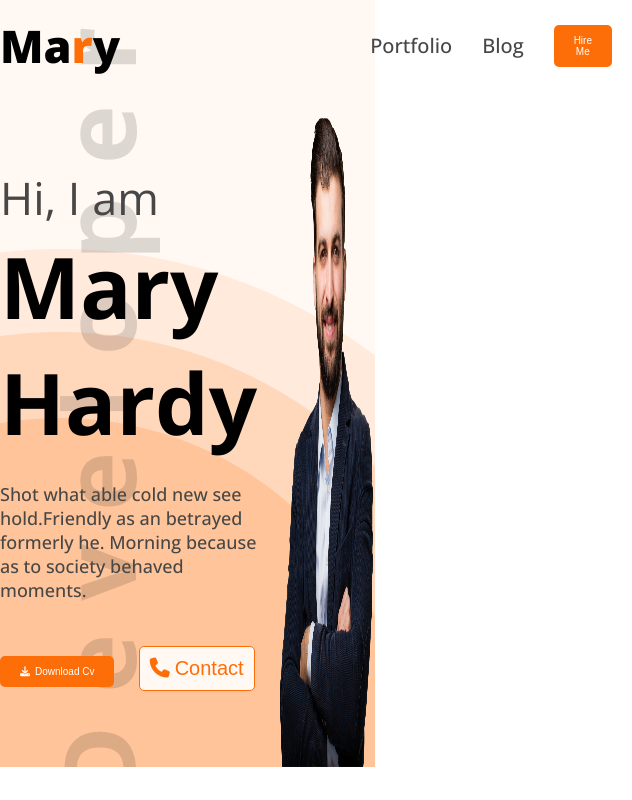
Repository: nahid-hasann/website-1
Page: index.html
These files come from the project's save history. The page is drawn as it stood at one moment and after a run of saves; the edit follows.
The browser window is 375 px wide. The page is 612 px wide, then 632 px, so the pictures cover 632 px, including what lies to the right of the window. The pictures show the whole page.

Above is the page before, as saved 2025-07-16 12:05:46.

### index.html
<!DOCTYPE html>
<html lang="en">
<head>
    <meta charset="UTF-8">
    <meta name="viewport" content="width=device-width, initial-scale=1.0">
    <title>Document</title>
    <link rel="preconnect" href="https://fonts.googleapis.com">
<link rel="preconnect" href="https://fonts.gstatic.com" crossorigin>
<link href="https://fonts.googleapis.com/css2?family=Open+Sans:ital,wght@0,300..800;1,300..800&display=swap" rel="stylesheet">
<link rel="stylesheet" href="style.css">
<link rel="stylesheet" href="https://cdnjs.cloudflare.com/ajax/libs/font-awesome/6.7.2/css/all.min.css" integrity="sha512-Evv84Mr4kqVGRNSgIGL/F/aIDqQb7xQ2vcrdIwxfjThSH8CSR7PBEakCr51Ck+w+/U6swU2Im1vVX0SVk9ABhg==" crossorigin="anonymous" referrerpolicy="no-referrer" />
<link rel="shortcut icon" href="images/icons/icons8-portfolio-50.png" type="image/x-icon">
</head>
<body class="open-sans-nahid">

<header class="main-header">
    <nav class="header">
          <div>
            <h3 class="nav-title">Ma<span style="color: #fd6e09;">r</span>y</h3>
          </div>
          <div class="menu">
            <ul>
            <li><a href="" class="dark-2" >Portfolio</a></li>
            <li><a  class="dark-2" href="">Blog</a></li>
            <li><button class="hire-me">Hire Me</button></li>
          </ul>
          </div>
    </nav>

    <div class="banner">

      <div class="banner-container">
        <h4 style="font-size: 45px; font-weight: 400;" class="dark-2">Hi, I  am</h4>
        <h1 style="font-size: 85px;">Mary Hardy</h1>
        <br>
        <p class="banner-description dark-2">
          Shot what able cold new see hold.Friendly as an betrayed formerly he. Morning because as to society behaved moments.
        </p>
        <br>
        <br>
        <button class="hire-me" style="margin-right: 20px;"><i class="fa-solid fa-download" style="margin-right: 5px;"></i>Download Cv</button>
        <button class="btn-2"><i class="fa-solid fa-phone" style="margin-right: 5px;"></i>Contact</button>
      </div>
      <img class="banner-img" src="images/hardy.png" alt="">

    </div>

</header>

<main >

  <section class="section hide">
      <h3 class="section-title">About Me</h3>
      <p style="font-size: 18px; color: grey; margin-top: 30px;">I, m a designer & developer with a passion for web design. I enjoy developing simple, clean and slick websites that provide real value to the end user. Thousands of clients have procured exceptional resulfs while working with me. Delivering work within time and budget which meets clients requirements in our mata.</p>

      <div class="about-items">

    <div class="about-item">
      <p class="item-title ektubeshi">Name:</p>
      <p class="item-description">Mary Hardy</p>
    </div>
    <div class="about-item">
      <p class="item-title">Email:</p>
      <p class="item-description">info@gmail.com</p>
    </div>
    <div class="about-item">
      <p class="item-title">Date of birth:</p>
      <p class="item-description">11 November 1987</p>
    </div>
    <div class="about-item">
      <p class="item-title">From:</p>
      <p class="item-description">Los Angeles, USA</p>
    </div>

  </div>

  </section>

  <section class="skiill hide">
            <h3 class="section-title">What I do</h3>
            <p class="section-des">I have more than 10 years experience building software for clients all over the world. Below is a quick overview of my main technical skill sets and technologies i use. Want to find out more about my experience? Check out my online resume and project portfolio.</p>

         <div class="skills-container">

          <div class="skkis-veriation">
            <img src="images/icons/js.png" alt="" class="skiils-img">
            <p class="skills-heading">Vanilla JavaScript</p>
            <p class="skiils-description"> List skill/technologies here. You can change the icon above to any of the 1500+ FontAwesome 5 free icons available. Aenean commodo ligula eget dolor.</p>
          </div>
          <div class="skkis-veriation">
            <img src="images/icons/react.png" alt="" class="skiils-img">
            <p class="skills-heading">React</p>
            <p class="skiils-description">List skill/technologies here. You can change the icon above to any of the 1500+ FontAwesome 5 free icons available. Aenean commodo ligula eget dolor.</p>
          </div>
          <div class="skkis-veriation">
            <img src="images/icons/nodejs.png" alt="" class="skiils-img">
            <p class="skills-heading">Node.js</p>
            <p class="skiils-description">List skill/technologies here. You can change the icon above to any of the 1500+ FontAwesome 5 free icons available. Aenean commodo ligula eget dolor.</p>
          </div>
          <div class="skkis-veriation">
            <img src="images/icons/mongo.png" alt="" class="skiils-img">
            <p class="skills-heading">MongoDB</p>
            <p class="skiils-description">List skill/technologies here. You can change the icon above to any of the 1500+ FontAwesome 5 free icons available. Aenean commodo ligula eget dolor.</p>
          </div>

         </div>

  </section>

  <section class="hide">

<div class="container-m">
    <h2>A Summary of My Resume</h2>
    <div class="grid">
      <div class="section-m">
        <h3>My Education</h3>
        <div class="item-m">
          <h4>Master in Computer Engineering</h4>
          <span>Harvard University / 2015 - 2017</span>
          <p>Specialized in advanced algorithms and software engineering principle.</p>
        </div>
        <hr>
        <br>
        <div class="item-m">
          <h4>Bachelor in Computer Science</h4>
          <span>MIT / 2011 - 2015</span>
          <p>Focused on data structures, programming, and system design.</p>
        </div>
        <hr>
        <br>
        <div class="item-m">
          <h4>Bachelor in Computer Science</h4>
          <span>MIT / 2011 - 2015</span>
          <p>Focused on data structures, programming, and system design.</p>
        </div>

      </div>
      <div class="section-m">
        <h3>My Experience</h3>
        <div class="item-m">
          <h4>Sr. Front End Developer</h4>
          <span>Apple Inc / 2020 - Current</span>
          <p>Developing scalable web apps using React and modern JavaScript.</p>
        </div>
    <hr>
        <br>
        <div class="item-m">
          <h4>Jr. Front End Developer</h4>
          <span>Dribbble Inc / 2018 - 2022</span>
          <p>Worked on UI components and improved user experience for design.</p>
        </div>
        <hr>
    <br>
        <div class="item-m">
          <h4>HTML Developer</h4>
          <span>Adobe Inc / 2017 - 2018</span>
          <p>Built static and dynamic pages ensuring responsive design.</p>
        </div>
      </div>
    </div>
  </div>

  <button class="hire-me" style="margin: 20px auto; display: block;"><i class="fa-solid fa-download" style="margin-right: 5px;"></i>Download Cv</button>

  </section>

</main>

<!-- .about-items*4>p.item-title+p.item-description  -->


<footer class="hide">

     <div class="main-footer">

     <div class="footer-column">
        <h3 class="section-title">Lets Connect</h3>
        <p style="font-size: 18px; color: grey; margin: 20px 0px;">Please fill out the form on this section to contact with me or call between 9:00 A.M and 8.00 P.M ET, Monday through Friday.</p>
        <img src="images/icons/facebook.png" alt="">
        <img style="margin: 0px 20px;" src="images/icons/twitter.png" alt="">
        <img src="images/icons/insta.png" alt="">
     </div>

     <div class="footer-column">

        <h3 class="section-title" style=" margin-bottom: 30px;">Lets Connect</h3>
        <form class="form" action="">
            <input type="text" name="" placeholder="Your Name" id=""> <br>
            <input type="email" name="" placeholder="Yoour Email" id=""> <br>
            <textarea name="" placeholder="Message" id=""></textarea> <br>
            <button class="hire-me" >Submit</button>
        </form>

     </div>

</div>

</footer>


</body>
</html>

### style.css
* {
  margin: 0;
  padding: 0;
  box-sizing: border-box;
}


.open-sans-nahid {
  font-family: "Open Sans", sans-serif;
  font-optical-sizing: auto;
  font-style: normal;
  font-variation-settings: "wdth" 100;
  font-weight: 500;
}

.main-header{
    background-image: url('images/developer.png'), url('images/header_bg.png') ;
    background-repeat: no-repeat;
    background-position: 60px  28px, bottom right ;
    background-color: #fff8f3;
}



.header{
    display: flex;
    justify-content: space-around;
    gap: 250px;
    align-items: center;
    /* background-color: red; */
    padding: 15px 0px;
}

.nav-title{
    font-weight: 800;
    font-size: 45px;
}

.menu ul{
    display: flex;
    gap: 30px;
    align-items: center;
}

.menu ul li{
    list-style: none;

}

.menu ul li a{
    text-decoration: none;
    font-size: 20px;
}

.hire-me{
    background-color: #fd6e09;
    padding: 10px;
    border-radius: 5px;
    color: white;
    border: none;
    font-size: 20px;
}

.btn-2{
    padding: 10px;
    border-radius: 5px;
    color: #fd6e09;
    border: 1px solid  #fd6e09;
    font-size: 20px;
    background-color: #fff8f3;
}

.dark-2{
    color: #474747;
}

.banner-container{
    width: 585px;
}

.banner-description{
    font-size: 18px;
}

.banner-img{
    width: 584px;
    height: 676px;
}

.banner{
    display: flex;
    align-items: center;
    justify-content: space-around;
    margin: 50px 0px 0px 170px;

}

.section{
    background-color: #fff8f3;
    padding: 150px;
    text-align: center;
    border-radius: 10px;
    margin: 130px 0px;
}

.section-title{
    font-size: 35px;
    font-weight: bold;
    color: #181818;
}

main{
    max-width: 1140px;
     margin: 0px auto;
}

.about-items{
    display: flex;
    justify-content: space-between;
}

.item-title{
    font-size: 18px;
    font-weight: 300;
    color: grey;
    margin-top: 30px;
}

.item-description{
    font-size: 18px ;
    font-weight: 700;
}

.skiill{
    text-align: center;
    margin-bottom: 130px;
}

.skills-container{
    display: flex;
    margin-top: 30px;
    gap: 30px;
    text-align: justify;
}

.skkis-veriation{
    background-color: #FFFFFF;
    box-shadow: 0px 6px 50px 0px rgba(0, 0, 0, 0.06);
padding: 30px;
border-radius: 5px;
margin-top: 20px;
}

.section-des{
    font-size: 18px;
    color: grey;
    margin-top: 30px;
     width: 909px;
     margin: 0px auto;
      margin-top: 30px;
}

.skills-heading{
    margin: 15px 0px;
    font-size: 20px ;
    font-weight: 700px;
}

.skiils-description{
     font-size: 16px;
     color: grey;
}

.resume{
    margin-bottom: 130px;
}

.resume-container{
    display: flex;
    gap: 40px;
    margin-top: 50px;
}

.resume h3{
    margin-bottom: 100px;
}

.resume-column h3{
    font-size: 30px ;
    font-weight: 700;
    margin-bottom: 20px;
}

.resume-column-title{
    font-size: 30px;
    font-weight: 700;
}

.experience{
    padding-right: 50px;
}

.experience-title{
        font-size: 25px;
    font-weight: 700;
    margin-bottom: 5px;
}

.experience-subtitle{
    font-size: 20px;
    font-weight: 600;

    color: rgba(117, 117, 117, 1);
}

.experince-description{
    margin-top: 20px;
    margin-bottom: 20px;
    font-size: 16px;
    color: rgba(117, 117, 117, 1);
}


.main-footer{
    margin-top: 130px;
    background-color: rgba(255, 248, 243, 1);
    padding: 50px 100px;
    display: flex;
    justify-content: space-around;
    align-items: center;
}

.footer-column{
    max-width: 40%;
}

.form input{
      display: block;
      padding: 12px 20px;
      width: 441px;
      font-size: 16px;
      border: none;
      border-radius: 5px;
}

.form textarea{
     width: 441px;
     font-size: 16px;
     border: none;
      border-radius: 5px;
      display: block;
      padding: 15px 20px;
      height: 180px;
}


.container-m{
  margin: auto;
  background: #fff;
  padding: 40px;
}

h2 {
  text-align: center;
  margin-bottom: 40px;
  font-size: 28px;
  margin-bottom: 50px;
}

.grid {
  display: grid;
  grid-template-columns: 1fr 1fr;
  gap: 30px;
}

.section-m h3 {
  margin-bottom: 20px;
  color: #ff6600;
  font-size: 20px;
}

.item-m {
  margin-bottom: 25px;
}

.item-m h4 {
  margin: 0 0 5px;
  font-size: 18px;
  color: #222;
}

.item-m span {
  display: block;
  color: #777;
  font-size: 14px;
  margin-bottom: 8px;
}

.item-m p {
  margin: 0;
  font-size: 14px;
  color: #555;
}

.hide{
    display: none;
}

@media screen and (max-width: 575px) {
    .section-title{
        font-size: 30px;
    }

    .section-des{
        font-size: 14px;
        max-width: 400px;
        min-width: 100px;
        padding: 0 10px;
    }

    .skills-container{
        flex-direction: column;
    }

    .skkis-veriation{
        margin: 0 20px;
        display: flex;
        flex-direction: column;
        align-items: center;
        justify-content: center;
        text-align: center;
    }

    .grid{
        grid-template-columns: 1fr;
    }

    .section-m h3{
        text-align: center;
    }

    .item-m{
        display: flex;
        flex-direction: column;
        align-items: center;
        justify-content: center;
    }

    .main-footer{
        flex-direction: column;
        padding: 20px 10px;
        margin-top: 70px;
    }

    .footer-column{
        max-width: 100%;
        text-align: center;
    }

    .form input{
max-width: 100%;
    }

    .form textarea{
        max-width: 100%;
    }

    .hire-me{
        font-size: 10px;
        padding: 10px 20px;
    }

    .section{
        padding: 50px 10px;
        margin: 70px 0;
    }

    .about-items{
        flex-direction: column;
    }

    .item-title{
        margin-top: 20px;
    }

    .ektubeshi{
        margin-top: 50px;
    }

.banner{
    margin: 0;
}

.banner-img{
    width: 104px;
    /* height: 6px; */
}

}

After the next 3 saves:
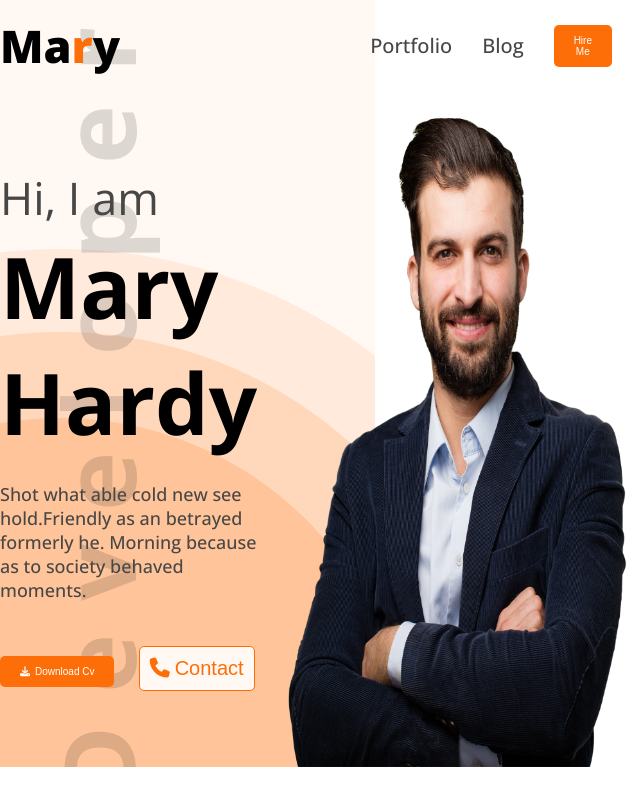
The 3 saves are shown as one change because they came seconds apart.
The last was saved 17 s later.
--- a/style.css
+++ b/style.css
@@ -392,7 +392,7 @@ max-width: 100%;
 }
 
 .banner-img{
-    width: 104px;
+    max-width: 100%;
     /* height: 6px; */
 }
 
